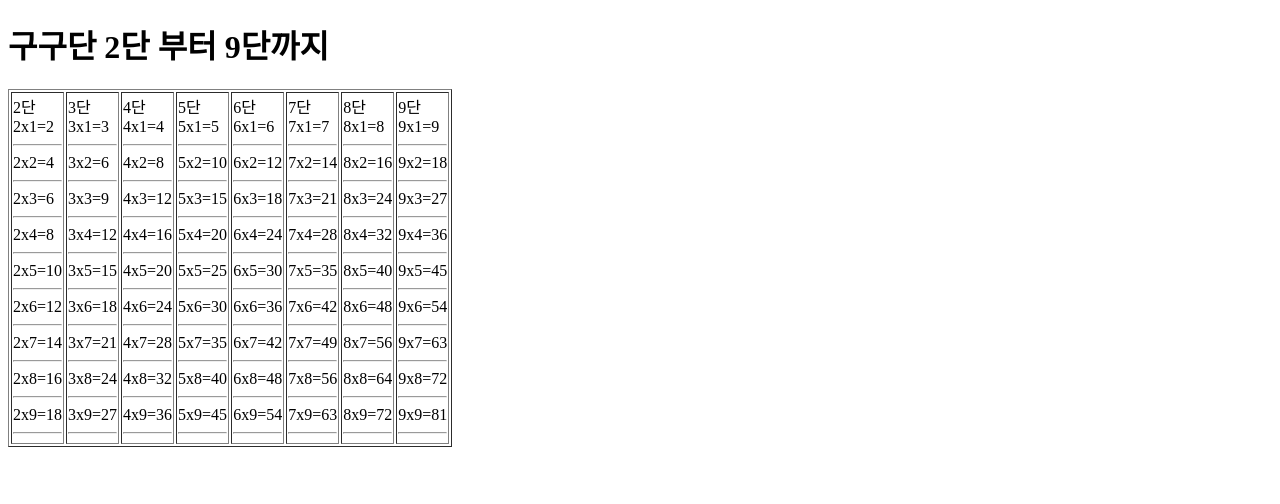
Repository: hyeongu135-ui/Jsp2026
Page: http://localhost/chapter01/test02.jsp
These files come from the project's save history. The page is drawn as it stood at one moment and after the next save; the edit follows.
The browser window is 1280 px wide. The pictures show the whole page.
The page is served by Tomcat 9.

Above is the page before, as saved 2026-10-16 04:25:35.

After the next save:
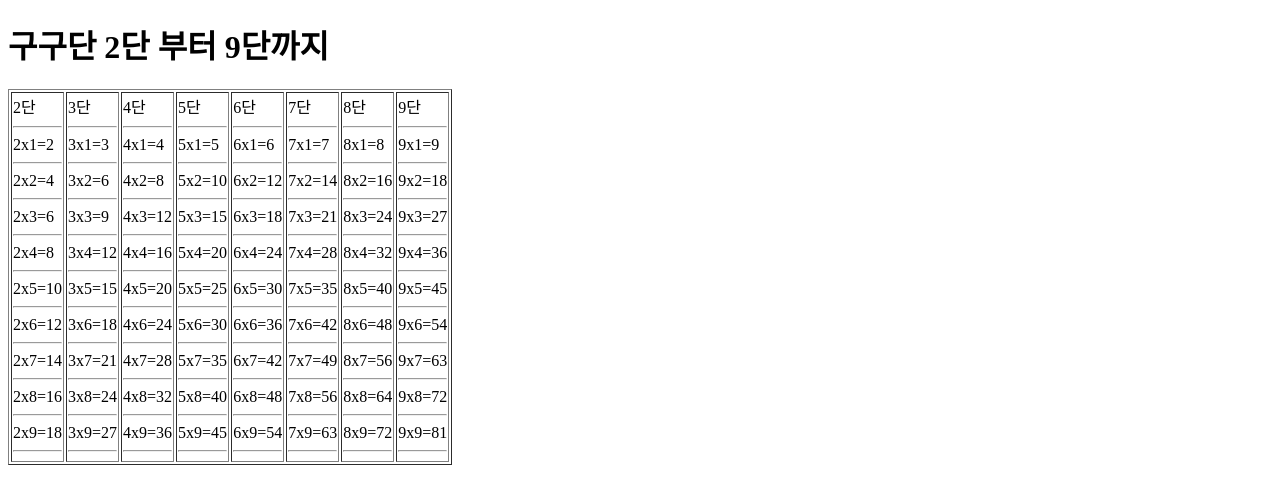
Saved 9 s later.
--- a/chapter01/src/main/webapp/test02.jsp
+++ b/chapter01/src/main/webapp/test02.jsp
@@ -12,7 +12,7 @@
 		<tr>
 			<%for (int i = 2; i < 10; i++) {%>
 			<td>
-			<%=i + "단"%><br>
+			<%=i + "단"%><br><hr>
 
 
 
